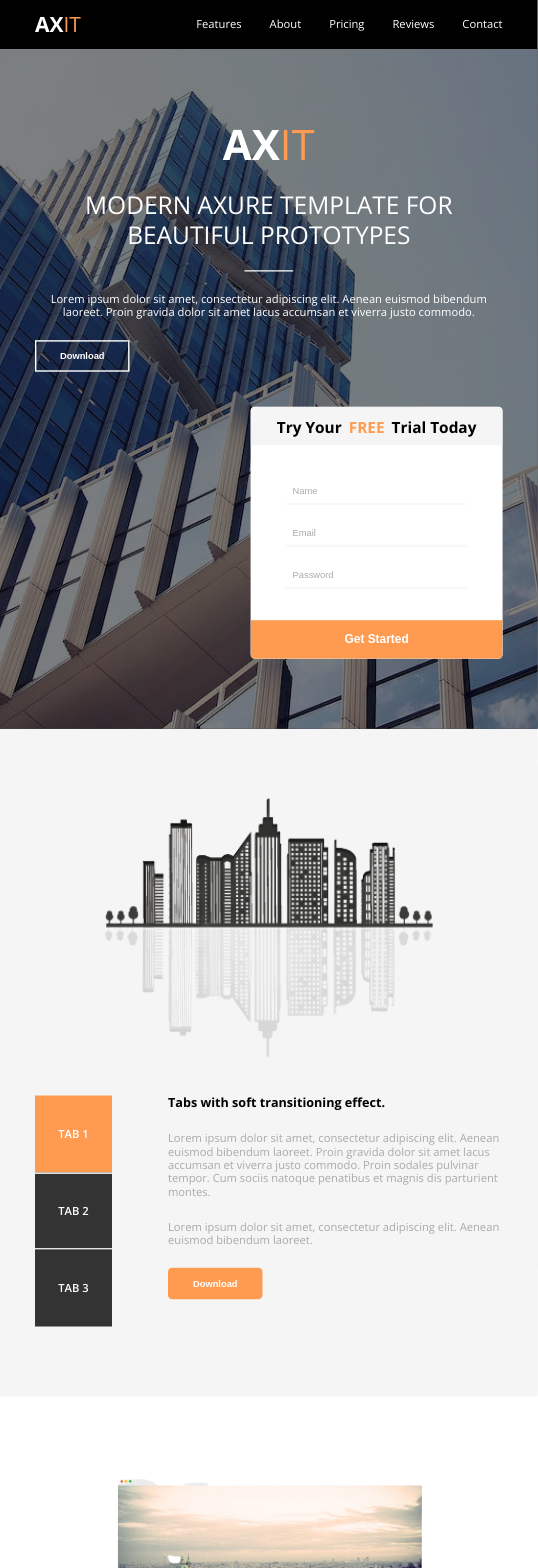
Repository: dinhtri123/axureThems
Page: index.html
These files come from the project's save history. The page is drawn as it stood at one moment and after the next save; the edit follows.
The browser window is 768 px wide. The pictures show the part of the page from y = 0 to 2240 px (the page is 5406 px tall), at 70% of full size.

Above is the page before, as saved 2023-02-12 09:10:35.

### index.html
<!DOCTYPE html>
<html lang="en">
  <head>
    <meta charset="UTF-8" />
    <meta http-equiv="X-UA-Compatible" content="IE=edge" />
    <meta name="viewport" content="width=device-width, initial-scale=1.0" />
    <title>Axure Themes</title>
    <script
      type="module"
      src="https://unpkg.com/ionicons@5.5.2/dist/ionicons/ionicons.esm.js"
    ></script>
    <script
      nomodule
      src="https://unpkg.com/ionicons@5.5.2/dist/ionicons/ionicons.js"
    ></script>
    <link rel="stylesheet" href="style.css" />
  </head>
  <body>
    <header>
      <div class="container headerMain">
        <a href="index.html" class="logo">
          <span>AX</span>
          <span>IT</span>
        </a>
        <nav>
          <ul>
            <li><a href="#">Features</a></li>
            <li><a href="#">About</a></li>
            <li><a href="#">Pricing</a></li>
            <li><a href="#">Reviews</a></li>
            <li><a href="#">Contact</a></li>
          </ul>
        </nav>
      </div>
    </header>
    <div class="banner">
      <div class="imageBanner">
        <img src="./image/banner.jpeg" alt="" />
      </div>
      <div class="container bannerMain">
        <div class="bannerLeft">
          <a href="index.html" class="logo logoBanner">
            <span>AX</span>
            <span>IT</span>
          </a>
          <h3>MODERN AXURE TEMPLATE FOR BEAUTIFUL PROTOTYPES</h3>
          <span class="line"></span>
          <p>
            Lorem ipsum dolor sit amet, consectetur adipiscing elit. Aenean
            euismod bibendum laoreet. Proin gravida dolor sit amet lacus
            accumsan et viverra justo commodo.
          </p>
          <button class="btn">Download</button>
        </div>
        <div class="bannerRight">
          <form autocomplete="off" class="formBanner">
            <h3>Try Your <span>FREE</span> Trial Today</h3>
            <div class="inputForm">
              <input type="text" name="name" id="name" placeholder="Name" />
              <input type="email" name="email" id="email" placeholder="Email" />
              <input
                type="password"
                name="password"
                id="password"
                placeholder="Password"
              />
            </div>
            <button class="btnForm">Get Started</button>
          </form>
        </div>
      </div>
    </div>
    <main>
      <div class="mainTabs">
        <div class="container mainTabsContent">
          <div class="tabsLeft">
            <div class="tabsNumber">
              <span class="tabs active" onclick="showTab(event,'tab1')">TAB 1</span>
              <span class="tabs" onclick="showTab(event,'tab2')">TAB 2</span>
              <span class="tabs" onclick="showTab(event,'tab3')">TAB 3</span>
            </div>
            <div class="tabsContent" id="tab1">
              <h3>Tabs with soft transitioning effect.</h3>
              <p>
                Lorem ipsum dolor sit amet, consectetur adipiscing elit. Aenean
                euismod bibendum laoreet. Proin gravida dolor sit amet lacus
                accumsan et viverra justo commodo. Proin sodales pulvinar
                tempor. Cum sociis natoque penatibus et magnis dis parturient
                montes.
              </p>
              <p>
                Lorem ipsum dolor sit amet, consectetur adipiscing elit. Aenean
                euismod bibendum laoreet.
              </p>
              <button class="btn btnTabs">Download</button>
            </div>
            <div class="tabsContent" id="tab2">
                <h3>Tabs 2 with soft transitioning effect.</h3>
                <p>
                  Lorem ipsum dolor sit amet, consectetur adipiscing elit. Aenean
                  euismod bibendum laoreet. Proin gravida dolor sit amet lacus
                  accumsan et viverra justo commodo. Proin sodales pulvinar
                  tempor. Cum sociis natoque penatibus et magnis dis parturient
                  montes.
                </p>
                <p>
                  Lorem ipsum dolor sit amet, consectetur adipiscing elit. Aenean
                  euismod bibendum laoreet.
                </p>
                <button class="btn btnTabs">Download</button>
              </div>
              <div class="tabsContent" id="tab3">
                <h3>Tabs 3 with soft transitioning effect.</h3>
                <p>
                  Lorem ipsum dolor sit amet, consectetur adipiscing elit. Aenean
                  euismod bibendum laoreet. Proin gravida dolor sit amet lacus
                  accumsan et viverra justo commodo. Proin sodales pulvinar
                  tempor. Cum sociis natoque penatibus et magnis dis parturient
                  montes.
                </p>
                <p>
                  Lorem ipsum dolor sit amet, consectetur adipiscing elit. Aenean
                  euismod bibendum laoreet.
                </p>
                <button class="btn btnTabs">Download</button>
              </div>
          </div>
          <div class="tabsRight">
            <img src="./image/img.png" alt="" />
          </div>
        </div>
      </div>
      <div class="mainSublist">
        <div class="container sublistMain">
          <div class="subLeft">
            <img src="./image/img2.png" alt="" />
          </div>
          <div class="subRight">
            <h3>Sub list Section</h3>
            <span class="line lineSub"></span>
            <p>
              Lorem ipsum dolor sit amet, consectetur adipiscing elit. Aenean
              euismod bibendum laoreet. Proin gravida dolor sit amet lacus
              accumsan et viverra justo commodo.
            </p>
            <div class="subDesc">
                <div class="ionicon">
                    <div class="icon">
                      <ion-icon name="cloud-upload"></ion-icon>
                    </div>
                </div>
              <div class="subDescItem">
                <h4>Title</h4>
                <p>
                  Lorem ipsum dolor sit amet, consectetur adipiscing elit.
                  Aenean euismod bibendum laoreet.
                </p>
              </div>
            </div>
            <div class="subDesc">
                <div class="ionicon">
                    <div class="icon">
                      <ion-icon name="cloud-download"></ion-icon>
                    </div>
                </div>
              <div class="subDescItem">
                <h4>Title</h4>
                <p>
                  Lorem ipsum dolor sit amet, consectetur adipiscing elit.
                  Aenean euismod bibendum laoreet.
                </p>
              </div>
            </div>
          </div>
        </div>
      </div>
      <div class="mainSection">
        <div class="container sectionContent">
          <div class="sectionLeft">
            <h3>Standard Picture Section</h3>
            <span class="line sectionLine"></span>
            <p>
              Lorem ipsum dolor sit amet, consectetur adipiscing elit. Aenean
              euismod bibendum laoreet. Proin gravida dolor sit amet lacus
              accumsan et viverra justo commodo. Proin sodales pulvinar tempor.
              Cum sociis natoque penatibus et magnis dis parturient montes.
            </p>
            <p>
              Lorem ipsum dolor sit amet, consectetur adipiscing elit. Aenean
              euismod bibendum laoreet.
            </p>
          </div>
          <div class="sectionRight">
            <img src="./image/img4.jpg" alt="" />
          </div>
        </div>
      </div>
      <div class="mainAwesome">
        <div class="container awesomeContent">
          <h2>WHY THIS IS AWESOME</h2>
          <span class="line lineSub"></span>
          <p>Lorem ipsum dolor sit amet, consectetur adipiscing elit.</p>
          <div class="awesomeItems">
            <div class="awesomeCard">
              <div class="icon iconAwesome">
                <ion-icon name="sunny"></ion-icon>
              </div>
              <h3>Thoughtfull Design</h3>
              <p>
                Lorem ipsum dolor sit amet, consectetur adipiscing elit. Aenean
                euismod bibendum laoreet. Proin gravida dolor sit amet lacus
                accumsan et viverra.
              </p>
            </div>
            <div class="awesomeCard">
              <div class="icon iconAwesome">
                <ion-icon name="radio"></ion-icon>
              </div>
              <h3>Well Carfted</h3>
              <p>
                Lorem ipsum dolor sit amet, consectetur adipiscing elit. Aenean
                euismod bibendum laoreet. Proin gravida dolor sit amet lacus
                accumsan et viverra.
              </p>
            </div>
            <div class="awesomeCard">
              <div class="icon iconAwesome">
                <ion-icon name="flash"></ion-icon>
              </div>
              <h3>Easy to Customer</h3>
              <p>
                Lorem ipsum dolor sit amet, consectetur adipiscing elit. Aenean
                euismod bibendum laoreet. Proin gravida dolor sit amet lacus
                accumsan et viverra.
              </p>
            </div>
          </div>
        </div>
      </div>
      <div class="mainStylish">
        <div class="stylishBanner">
          <img src="./image/banner12.jpeg" alt="" />
        </div>
        <div class="container stylishContent">
          <h2 class="stylishTitle">STYLISH AXURE DESIGN</h2>
          <span class="line"></span>
          <p>Use the sections you need, remove the ones you don't.  Create gorgeous prototypes faster than ever!</p>
          <button class="btn">Download</button>
        </div>
      </div>
      <div class="mainContact">
        <div class="container contactContent">
            <h2>CONTACT US</h2>
            <span class="line lineSub"></span>
            <p>Lorem ipsum dolor sit amet, consectetur adipiscing elit.</p>
            <div class="contactForm">
                <div class="contactLeft">

                    <input type="text" name="name" id="name" placeholder="Name" />
                  <input type="email" name="email" id="email" placeholder="Email" />
                  <input
                    type="text"
                    name="subject"
                    id="subject"
                    placeholder="Subject"
                  />
                </div>
                <div class="contactRight">
                    <textarea name="message" id="message" placeholder="Message"></textarea>
                </div>
            </div>
            <button class="btn btnContact">Send Message</button>
        </div>
      </div>
    </main>
    <footer>
            <div class="container footerMain">
                <div class="iconSocial">
                <ion-icon name="logo-facebook"></ion-icon>
                <ion-icon name="logo-twitter"></ion-icon>
                <ion-icon name="logo-google"></ion-icon>
                <ion-icon name="logo-pinterest"></ion-icon>
                <ion-icon name="logo-instagram"></ion-icon>
                <ion-icon name="logo-rss"></ion-icon>
                </div>
                <p>@2021 Axure Themes</p>
            </div>
    </footer>
  </body>
  <script src="./index.js"></script>
</html>

### style.css
@import url("https://fonts.googleapis.com/css2?family=Open+Sans:wght@400;500;600;700&display=swap");
* {
  margin: 0;
  padding: 0;
  box-sizing: border-box;
  scroll-behavior: smooth;
}
:root {
  --bg-black: #000;
  --bg-white: #fff;
  --bg-orange: #ff9b51;
  --bg-light: #f5f5f5;
  --bg-gray: #dfdfdf;
  --bg-text: #a9aaac;
}
body {
  font-family: "Open Sans", sans-serif;
  font-weight: 400;
  font-size: 16px;
  line-height: 1.2;
  width: 100%;
  max-height: 100vh;
  height: 100%;
  color: var(--bg-white);
}
button,
a,
input {
  cursor: pointer;
  text-decoration: none;
  border: none;
  outline: none;
}
.container {
  max-width: 1100px;
  width: 100%;
  height: 100%;
  margin: 0px auto;
}

header {
  width: 100%;
  height: 70px;
  background: var(--bg-black);
}
.headerMain {
  display: flex;
  justify-content: space-between;
  align-items: center;
}
.logo {
  display: flex;
  text-decoration: none;
  font-size: 30px;
}
.logo span:first-child {
  font-weight: 700;
  color: var(--bg-white);
}
.logo span:last-child {
  font-weight: 400;
  color: var(--bg-orange);
}
nav ul {
  display: flex;
  align-items: center;
  gap: 40px;
  list-style: none;
}
nav ul li a {
  text-decoration: none;
  color: var(--bg-white);
}

/* --------------------- */

/* --------BANNER------------ */

.banner {
  width: 100%;
  background: var(--bg-black);
  position: relative;
}
.imageBanner {
  position: absolute;
  inset: 0;
  width: 100%;
  height: 100%;
  z-index: 0;
  filter: brightness(0.5);
}
.imageBanner img {
  width: 100%;
  height: 100%;
  object-fit: cover;
}
.bannerMain {
  padding: 100px 0px;
  display: grid;
  grid-template-columns: repeat(2, 1fr);
  gap: 50px;
  z-index: 10;
  isolation: isolate;
}
.bannerLeft {
  display: flex;
  flex-direction: column;
  gap: 30px;
}
.bannerRight {
  display: flex;
  justify-content: end;
  align-items: center;
}

.logoBanner {
  font-size: 60px;
}
.bannerLeft > h3 {
  font-size: 35px;
  font-weight: 300;
}
.line {
  width: 70px;
  height: 2px;
  background-color: var(--bg-white);
  border-radius: 8px;
}

.btn {
  width: 135px;
  height: 45px;
  border: 2px solid var(--bg-white);
  display: flex;
  justify-content: center;
  align-items: center;
  font-weight: 600;
  background: transparent;
  color: var(--bg-white);
}

.formBanner {
  width: 360px;
  height: 360px;
  border-radius: 6px;
  background: var(--bg-white);
  display: flex;
  flex-direction: column;
  justify-content: space-between;
  align-items: center;
  overflow: hidden;
}
.formBanner > h3 {
  width: 100%;
  height: 55px;
  font-size: 22px;
  color: var(--bg-black);
  font-weight: 700;
  background: var(--bg-light);
  display: flex;
  justify-content: center;
  align-items: center;
}
.formBanner > h3 > span {
  color: var(--bg-orange);
  padding: 0px 10px;
}
.inputForm {
  width: 100%;
  height: 250px;
  padding: 0px 50px;
  display: flex;
  flex-direction: column;
  justify-content: center;
  gap: 20px;
}
input {
  border: none;
  border-bottom: 2px solid var(--bg-light);
  padding: 0px 10px;
  width: 100%;
  height: 40px;
  outline: none;
}
input::placeholder {
  color: var(--bg-text);
}
.btnForm {
  width: 100%;
  height: 55px;
  background: var(--bg-orange);
  display: flex;
  justify-content: center;
  align-items: center;
  font-weight: 600;
  color: var(--bg-white);
  border: none;
  outline: none;
  font-size: 17px;
}
/* -------------------------- */

/* -----main------- */

.mainTabs {
  width: 100%;
  background: var(--bg-light);
}

.mainTabsContent {
  width: 100%;
  padding: 100px 0px;
  color: var(--bg-black);
  display: grid;
  grid-template-columns: 2fr 1fr;
  gap: 50px;
}
.tabsLeft {
  display: flex;
  gap: 80px;
}

.tabsNumber {
  display: flex;
  flex-direction: column;
}
.tabsNumber .tabs {
  width: 110px;
  height: 110px;
  display: flex;
  justify-content: center;
  align-items: center;
  color: var(--bg-white);
  background: #333333;
  cursor: pointer;
  font-weight: 600;
}
.tabsNumber span:nth-child(2) {
  border-top: 2px solid var(--bg-light);
  border-bottom: 2px solid var(--bg-light);
}

.tabsContent {
  display: flex;
  gap: 30px;
  flex-direction: column;
}

.tabsContent p {
  color: var(--bg-text);
}
.btnTabs {
  background: var(--bg-orange);
  border: none;
  border-radius: 6px;
}
.lineSub {
  background: var(--bg-orange);
}

.sublistMain {
  width: 100%;
  padding: 100px 0px;
  display: grid;
  grid-template-columns: 1fr 1fr;
  gap: 50px;
}

.subRight {
  display: flex;
  flex-direction: column;
  gap: 30px;
  color: var(--bg-black);
}
h3 {
  font-size: 18px;
}
.subRight p {
  color: var(--bg-text);
}

.subDesc {
  display: flex;
  gap: 30px;
}
.ionicion{
  width:60px;
}
.icon {
  width: 40px;
  height: 40px;
  border: 2px solid var(--bg-orange);
  display: flex;
  justify-content: center;
  align-items: center;
  color: var(--bg-orange);
  border-radius: 50%;
}
.subDescItem {
  display: flex;
  flex-direction: column;
  gap: 10px;
}
.subDescItem > p {
  color: var(--bg-text);
}

.mainSection {
  width: 100%;
  background: var(--bg-light);
}
.sectionContent {
  width: 100%;
  padding: 100px 0px;
  display: grid;
  grid-template-columns: 1fr 1fr;
  gap: 50px;
}
.sectionLeft {
  display: flex;
  flex-direction: column;
  gap: 30px;
  color: var(--bg-black);
}
.sectionLine {
  background-color: var(--bg-orange);
}
.sectionLeft p {
  color: var(--bg-text);
}
.sectionRight {
  display: flex;
  justify-content: end;
}

.awesomeContent {
  width: 100%;
  padding: 100px 0px;
  display: flex;
  flex-direction: column;
  align-items: center;
  gap: 30px;
  color: var(--bg-black);
}
h2 {
  font-size: 40px;
  font-weight: 400;
}
.awesomeContent p {
  color: var(--bg-text);
  text-align: center;
}
.iconAwesome {
  width: 70px;
  height: 70px;
  font-size: 25px;
}
.awesomeItems {
  display: grid;
  grid-template-columns: repeat(3, 1fr);
  gap: 40px;
  margin-top: 20px;
}
.awesomeCard {
  display: flex;
  flex-direction: column;
  gap: 30px;
  align-items: center;
}

.mainStylish {
  position: relative;
  width: 100%;
}
.stylishBanner {
  position: absolute;
  inset: 0;
  width: 100%;
  height: 100%;
  filter: brightness(0.5);
  z-index: -1;
}
.stylishBanner img {
  width: 100%;
  height: 100%;
  object-fit: cover;
}
.stylishContent {
  display: flex;
  flex-direction: column;
  gap: 30px;
  align-items: center;
  padding: 80px 0px;
}
.stylishTitle {
  color: var(--bg-white);
}
.stylishContent p {
  color: var(--bg-text);
}

.contactContent {
  width: 100%;
  padding: 100px 0px;
  display: flex;
  flex-direction: column;
  gap: 30px;
  align-items: center;
}

.contactContent p {
  color: var(--bg-text);
}
.contactForm {
  width: 100%;
  display: grid;
  grid-template-columns: 1fr 1fr;
  gap: 50px;
}
.contactLeft {
  display: flex;
  flex-direction: column;
  gap: 20px;
}
.contactContent h2 {
  color: var(--bg-black);
}

textarea {
  width: 100%;
  height: 100%;

  border: none;
  outline: none;
  border-bottom: 2px solid var(--bg-light);
  padding: 5px 10px;
}
textarea::placeholder {
  font-size: 16px;
  color: var(--bg-text);
}
.btnContact {
  background: var(--bg-orange);
  font-weight: 500;
  border-radius: 6px;
  margin: auto;
}

/* ---------- */

footer {
  width: 100%;
  background: var(--bg-black);
}
.footerMain {
  padding: 20px 0px;
  display: flex;
  flex-direction: column;
  align-items: center;
  gap: 10px;
}
.iconSocial {
  display: flex;
  gap: 20px;
  align-items: center;
  color: var(--bg-text);
  font-size: 20px;
  cursor: pointer;
}
footer p {
  font-size: 14px;
  color: var(--bg-text);
}
.tabs.active {
  background-color: var(--bg-orange);
}
#tab2, #tab3 {
  display: none;
}
#tab1 {
  display: flex;
}



/* -----responsive------------ */

@media screen and (max-width: 1100px) {
  .container{
   padding-left:50px;
   padding-right:50px;
  }
}
@media screen and (max-width:999px) {
  .mainTabsContent, .sectionContent{
    display:flex;
    flex-direction: column-reverse;
  }
  .tabsRight, .subLeft, .sectionRight{
    width:70%;
    margin:auto;
  }
  .tabsRight img, .subLeft img, .sectionRight img{
    width:100%;
  }
  .sublistMain{
    display:flex;
    flex-direction: column;
  }
  .subRight h3, .sectionLeft h3{
    text-align: center;
  }
 .subRight p, .sectionLeft p{
    text-align: center;
  }
  .subRight > .line, .sectionLeft > .line{
    margin:auto;
  }

}

@media screen and (max-width:768px) {
  .bannerMain{
    display:flex;
    flex-direction: column;
  }
  .bannerLeft, .logoBanner, .line{
    text-align: center;
    margin:auto;
  }

}

### index.js

const tabs = document.querySelectorAll(".tabs");
const tabsContent = document.querySelectorAll(".tabsContent");
function showTab(e, content) {
  console.log(tabsContent)
  for (let i = 0;i < tabsContent.length; i++) {
    tabsContent[i].style.display = "none";
  }
  for (let i = 0; i < tabs.length; i++) {
    tabs[i].className = tabs[i].className.replace("active", " ");
  }
  document.getElementById(content).style.display = "flex";
    e.target.className += " active";
}

After the next save:
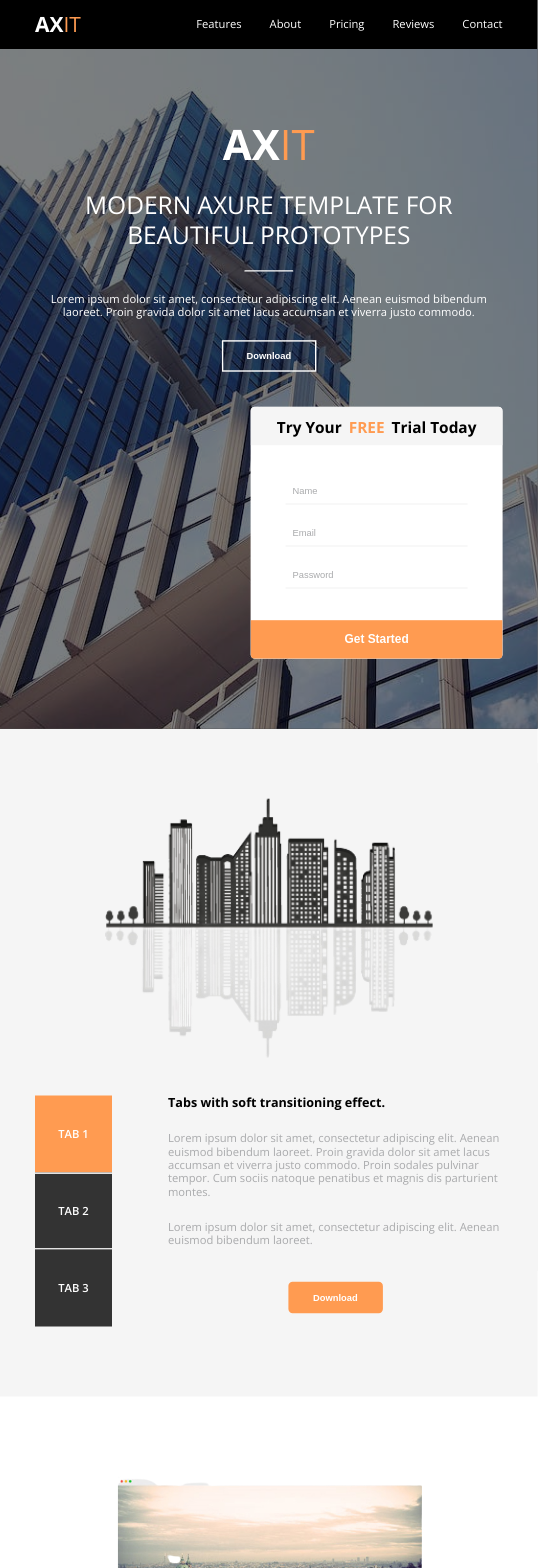
Saved 10 s later.
--- a/style.css
+++ b/style.css
@@ -524,7 +524,7 @@ footer p {
     display:flex;
     flex-direction: column;
   }
-  .bannerLeft, .logoBanner, .line{
+  .bannerLeft, .logoBanner, .line, .btn{
     text-align: center;
     margin:auto;
   }
